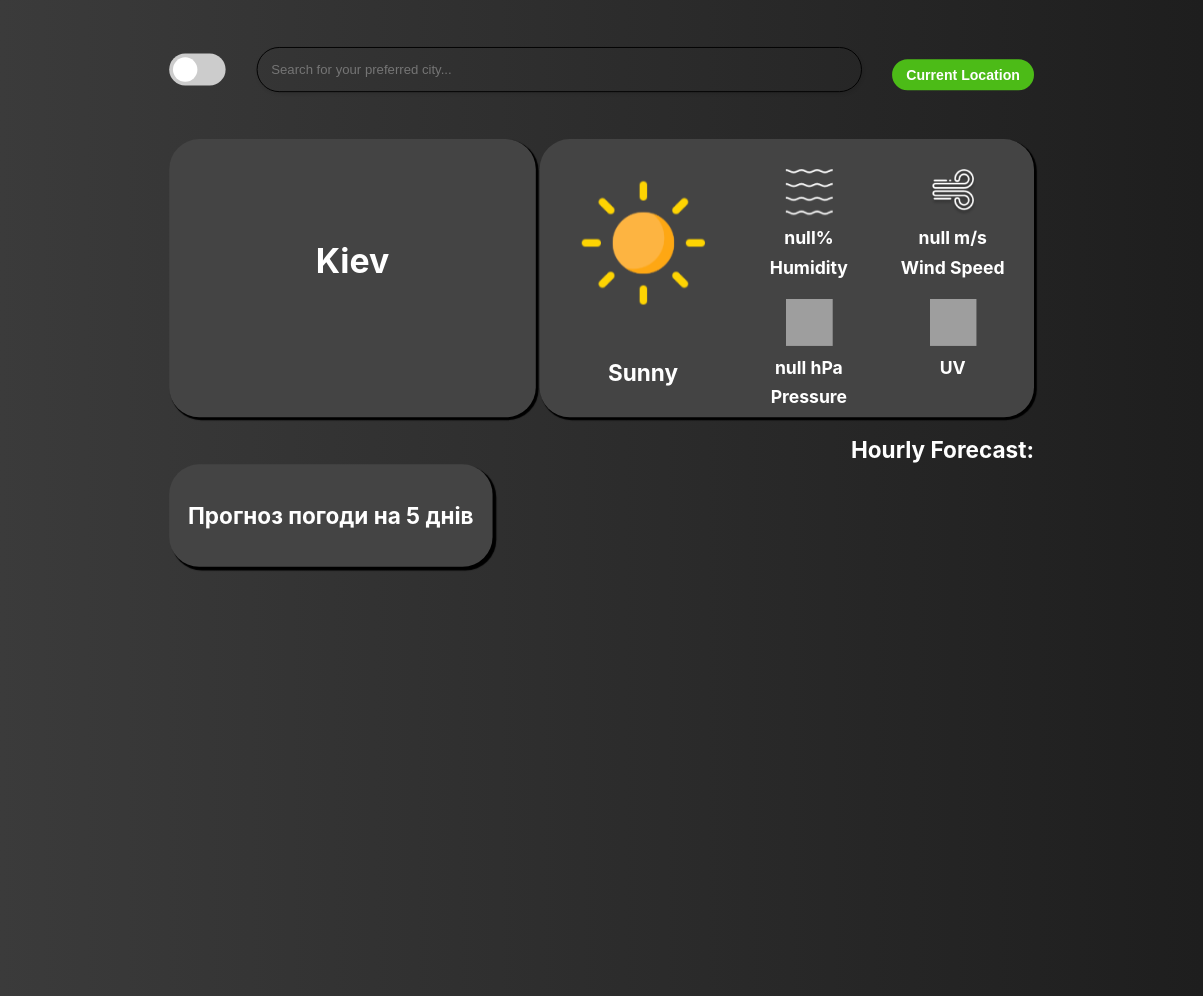
Repository: valeriibb/WeatherAPP
Page: /
The author's editor kept a copy of each file at every save. The page is drawn from the files as they stood at one save, then again after a run of saves.
The browser window is 1280 px wide. The pictures show the whole page, at 94% of full size.
Pictures or frames that could not be fetched are drawn as grey boxes. The page's requests for data from a server got no answer. Some web fonts or font styles are not loaded; a fallback is used. The project was rebuilt for these pictures with package versions that can differ from the ones it lists, and the page was loaded fresh each time. No one was signed in, and anything a server would have sent is missing.

Above is the page before, as saved 2024-03-10 18:29:33.

After the next 5 saves:
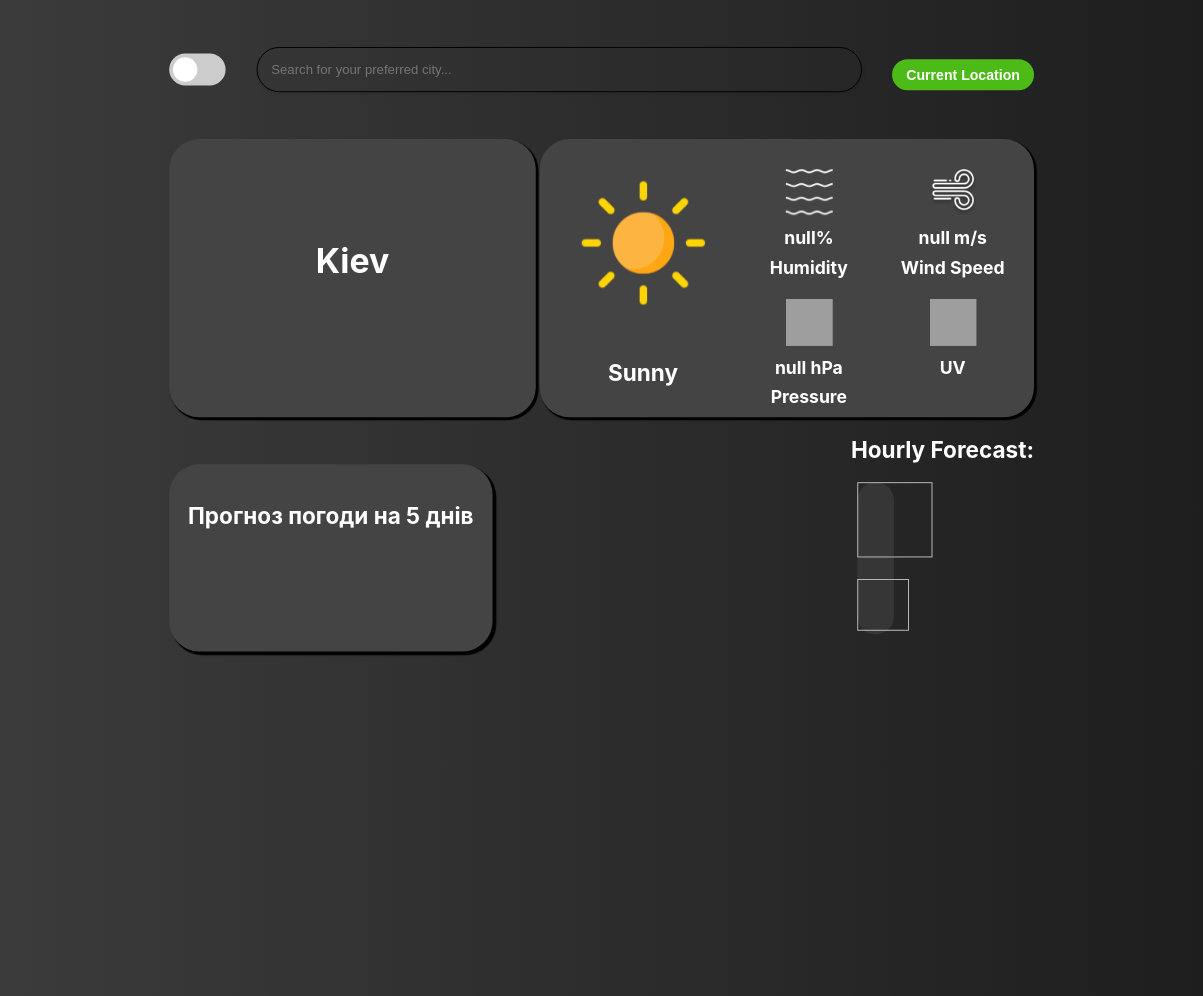
The 5 saves are shown as one change because 3 did not build or start and some came seconds apart.
The last was saved 3 min 40 s later.
--- a/src/components/hourly.js
+++ b/src/components/hourly.js
@@ -45,15 +45,7 @@ export default function Hourly(props) {
     return (
         <div>
             <h2>Hourly Forecast:</h2>
-            <div>
-                {hourlyData.map((item, index) => (
-                    <div key={index}>
-                        <p>{item.time}</p>
-                        <p>{item.temperature}</p>
-                        <p>{item.description}</p>
-                    </div>
-                ))}
+            <HorItem time={hourlyData[0]} temperature={hourlyData[1]} description={hourlyData[2]}/>
             </div>
-        </div>
     );
 }
